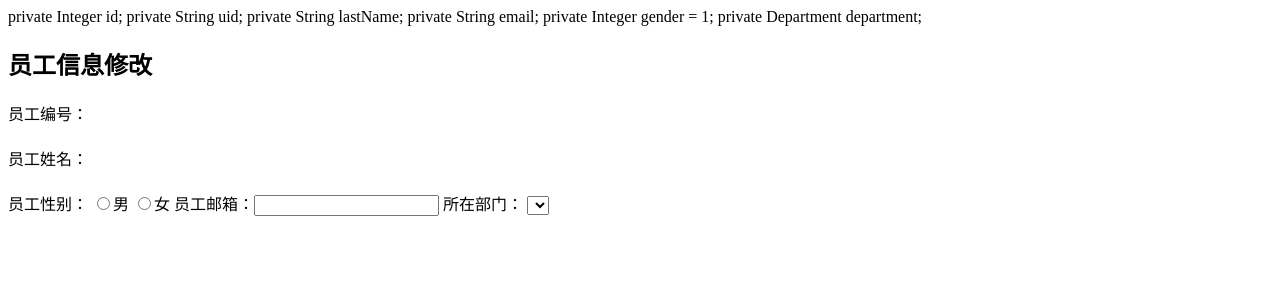
Repository: ocxz/spring
Page: http://localhost/8.SpringMVC_CRUD/WEB-INF/pages/edit.jsp
The author's editor kept a copy of each file at every save. The page is drawn from the files as they stood at one save, then again after the next save.
The browser window is 1280 px wide. The pictures show the whole page.
The page is served by Tomcat 9. Nobody is signed in. The template is opened directly, without the code that normally fills it, so the values that code supplies are empty.

Above is the page before, as saved 2019-12-06 04:41:43.

After the next save:
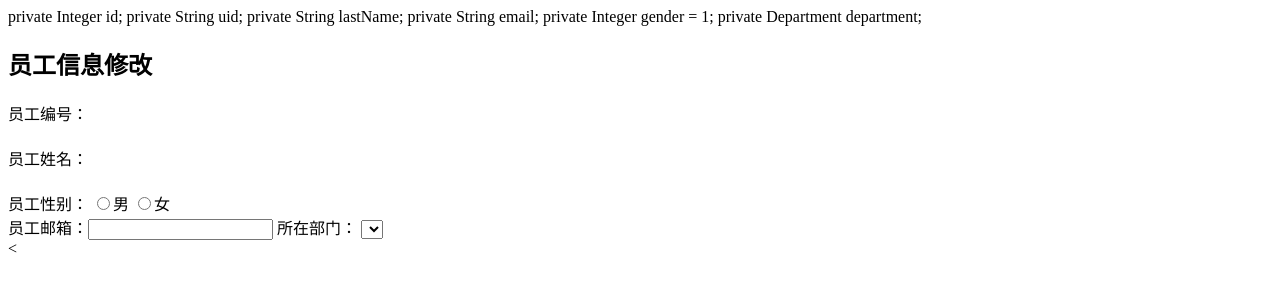
Saved 20 s later.
--- a/Spring/代码/8.SpringMVC_CRUD/src/main/webapp/WEB-INF/pages/edit.jsp
+++ b/Spring/代码/8.SpringMVC_CRUD/src/main/webapp/WEB-INF/pages/edit.jsp
@@ -20,11 +20,12 @@
 		员工姓名：<h4>${employee.lastName }</h4>
 		员工性别：
 			<form:radiobutton path="gender" value="1" label="男"/>
-			<form:radiobutton path="gender" value="0" label="女"/>
+			<form:radiobutton path="gender" value="0" label="女"/></br>
 		员工邮箱：<form:input path="email"/>
 		所在部门：
 			<form:select path="department.did" items="${depts }"
 			itemLabel="departmentName" itemValue="did"></form:select>
 	</form:form>
+	<
 </body>
 </html>
